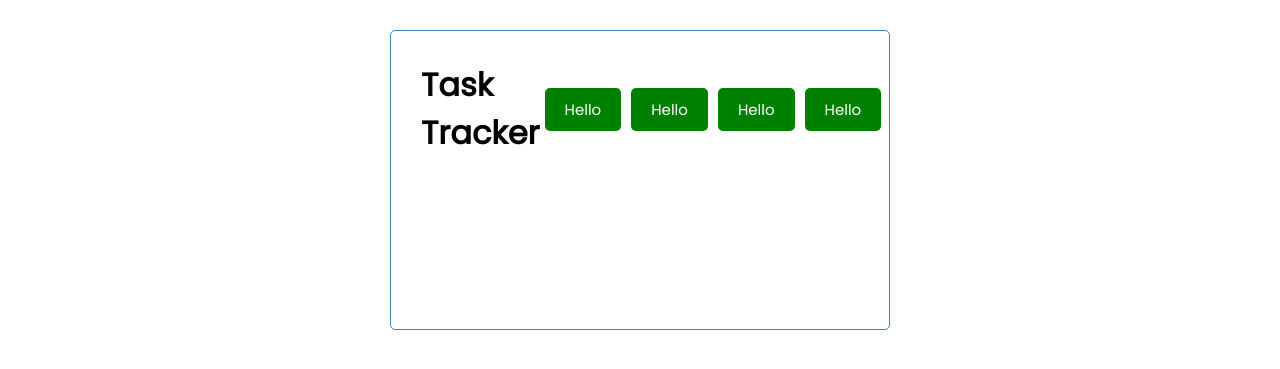
Repository: biggie-pti/task-tracker-react-app
Page: /
The author's editor kept a copy of each file at every save. The page is drawn from the files as they stood at one save, then again after a run of saves.
The browser window is 1280 px wide. The pictures show the whole page.
The project was rebuilt for these pictures with package versions that can differ from the ones it lists, and the page was loaded fresh each time.

Above is the page before, as saved 2022-02-20 14:38:30.

After the next 2 saves:
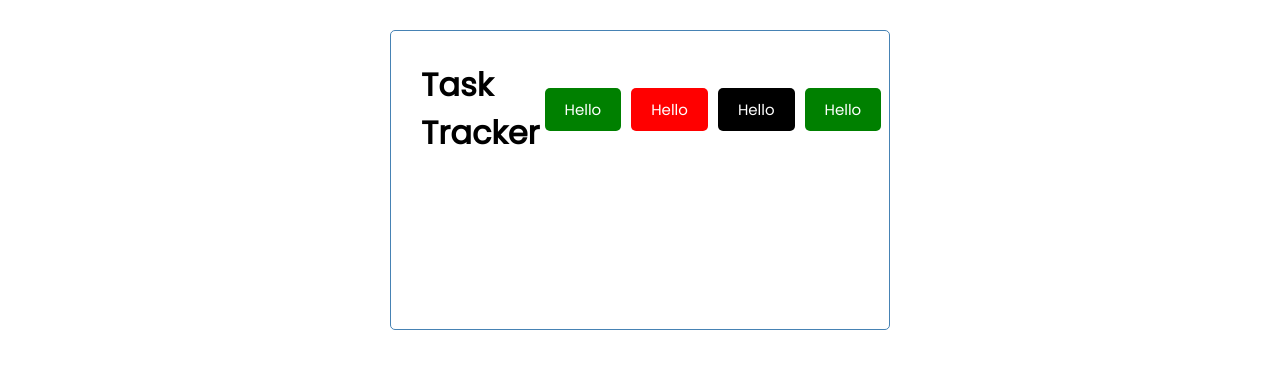
The 2 saves are shown as one change because they came seconds apart.
The last was saved 9 s later.
--- a/src/components/Header.js
+++ b/src/components/Header.js
@@ -8,8 +8,8 @@ const Header = ({title}) => {
         {title}
         </h1>
        <Button color='green' text='Hello'/>
-       <Button color='green' text='Hello'/>
-       <Button color='green' text='Hello'/>
+       <Button color='red' text='Hello'/>
+       <Button color='' text='Hello'/>
        <Button color='green' text='Hello'/>
         </header>
   )
